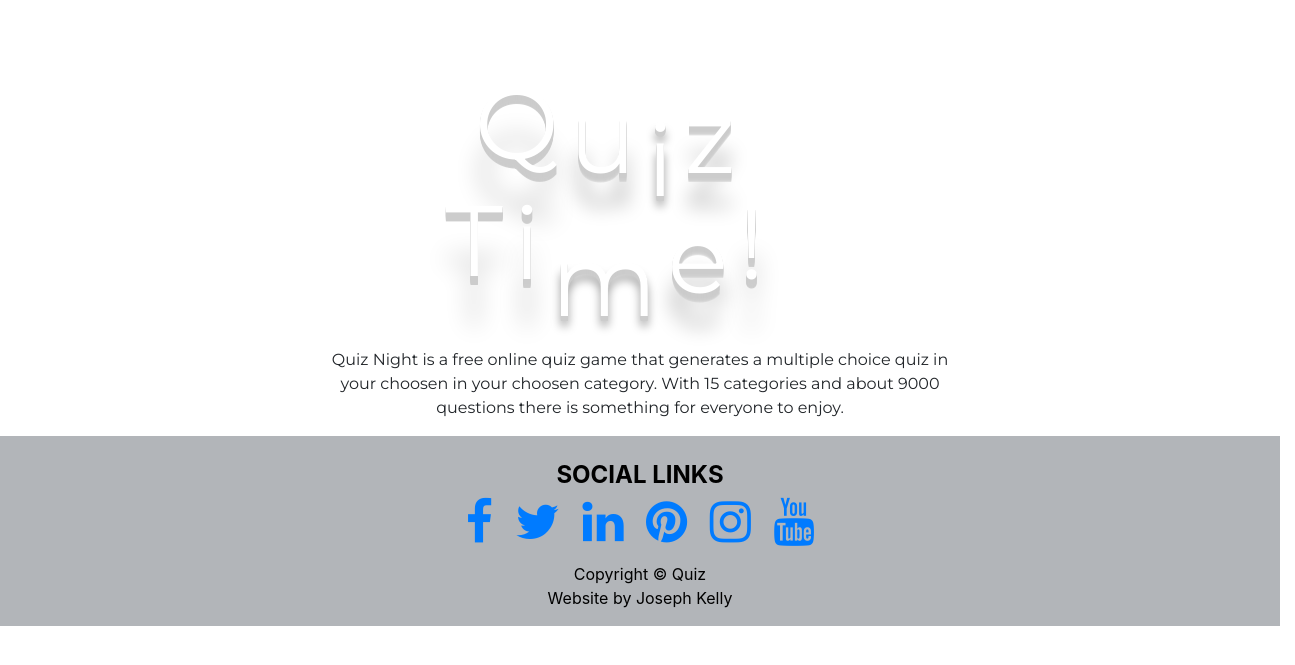
Repository: Code-Institute-Submissions/quiz-1
Page: index.html
The author's editor kept a record of every edit. The page is drawn from the files as they stood at one moment, then again after the next edit.
The browser window is 1280 px wide. The page is 1295 px wide, then 1280 px, so the pictures cover 1295 px, including what lies to the right of the window. The pictures show the whole page.

Above is the page before.

### index.html
<!DOCTYPE html>
<html lang="en">

<head>
    <meta charset="UTF-8">
    <meta name="viewport" content="width=device-width, initial-scale=1.0">
    <meta http-equiv="X-UA-Compatible" content="ie=edge">
    <link rel="stylesheet" href="https://stackpath.bootstrapcdn.com/bootstrap/4.4.1/css/bootstrap.min.css" type="text/css" />
    <link rel="stylesheet" href="https://stackpath.bootstrapcdn.com/font-awesome/4.7.0/css/font-awesome.min.css" type="text/css" />
    <link href="https://fonts.googleapis.com/css2?family=Montserrat&display=swap" rel="stylesheet">
    <link rel="stylesheet" href="assets/css/style.css" type="text/css" />
    <title>Quiz</title>
</head>

<body>

        <div class="container-fluid"></div>
            <div class="row">
                <div class="col-xs-12 quiz-time">
                    <h1>
                        <span>Q</span>
                        <span>u</span>
                        <span>i</span>
                        <span>z</span>
                        <br>
                        <span>T</span>
                        <span>i</span>
                        <span>m</span>
                        <span>e</span>
                        <span>!</span>
                    </h1>
                </div>
            </div>
        </div>
        <div class="container-fluid">
            <div class="row">
                <div class="col-xs-12 info">
                    <p>Quiz Night is a free online quiz game that generates a multiple choice quiz in your choosen in your choosen category. With 15 categories and about 9000 questions there is something for everyone to enjoy. </p>
                </div>
            </div>
        </div>
    <footer class="container-fluid">
        <div id="footer-details" class="row">
            <div class="col-sm">
                <h4 class="uppercase footer-info">Social Links</h4>
                <ul class="list-inline social-links">
                    <li class="list-inline-item">
                        <a target="_blank" href="#">
                            <i class="fa fa-facebook fa-3x" aria-hidden="true"></i>
                            <span class="sr-only">Facebook</span>
                        </a>
                    </li>
                    <li class="list-inline-item">
                        <a target="_blank" href="#">
                            <i class="fa fa-twitter fa-3x" aria-hidden="true"></i>
                            <span class="sr-only">Twitter</span>
                        </a>
                    </li>
                    <li class="list-inline-item">
                        <a target="_blank" href="#">
                            <i class="fa fa-linkedin fa-3x" aria-hidden="true"></i>
                            <span class="sr-only">LinkedIn</span>
                        </a>
                    </li>
                    <li class="list-inline-item">
                        <a target="_blank" href="#">
                            <i class="fa fa-pinterest fa-3x" aria-hidden="true"></i>
                            <span class="sr-only">pinterest</span>
                        </a>
                    </li>
                    <li class="list-inline-item">
                        <a target="_blank" href="#">
                            <i class="fa fa-instagram fa-3x" aria-hidden="true"></i>
                            <span class="sr-only">Instagram</span>
                        </a>
                    </li>
                    <li class="list-inline-item">
                        <a target="_blank" href="#">
                            <i class="fa fa-youtube fa-3x" aria-hidden="true"></i>
                            <span class="sr-only">Youtube</span>
                        </a>
                    </li>
                </ul>
                <div class="copyright">
                    <p>Copyright &#169; Quiz<br>Website by Joseph Kelly</p>
                </div>
            </div>
        </div>
    </footer>
</body>

### assets/css/style.css
/*--------------------------- home --------------- */
.home{
    background-color: #4582F4;
    height: auto;
}

.info {
  font-family: 'Montserrat', sans-serif;
  text-align: center;
  padding-top: 40px;
  width: 50%;
  margin: auto;
}

.load {
  display: flex;
  justify-content: center;
  align-items: center;
  padding-top: 40px;
  padding-bottom: 40px;
}

.load-button {
  background-color: #1D2129;
}

/*--------------------------- animation --------------- */

.quiz-time {
  text-align: center;
  padding-top: 100px;
  width: 100vw;
  font-family: 'Montserrat', sans-serif;
  display: flex;
  justify-content: center;
  align-items: center;
  margin: -20px;
}

h1 span {
  position: relative;
  top: 20px;
  display: inline-block;
  -webkit-animation: bounce 0.3s ease infinite alternate;
  font-size: 100px;
  color: #fff;
  text-shadow: 0 1px 0 #ccc, 0 2px 0 #ccc, 0 3px 0 #ccc, 0 4px 0 #ccc,
    0 5px 0 #ccc, 0 6px 0 transparent, 0 7px 0 transparent, 0 8px 0 transparent,
    0 9px 0 transparent, 0 10px 10px rgba(0, 0, 0, 0.4);
}

h1 span:nth-child(2) {
  -webkit-animation-delay: 0.1s;
}

h1 span:nth-child(3) {
  -webkit-animation-delay: 0.2s;
}

h1 span:nth-child(4) {
  -webkit-animation-delay: 0.3s;
}

h1 span:nth-child(5) {
  -webkit-animation-delay: 0.4s;
}

h1 span:nth-child(6) {
  -webkit-animation-delay: 0.5s;
}

h1 span:nth-child(7) {
  -webkit-animation-delay: 0.6s;
}

h1 span:nth-child(8) {
  -webkit-animation-delay: 0.2s;
}

h1 span:nth-child(9) {
  -webkit-animation-delay: 0.3s;
}

h1 span:nth-child(10) {
  -webkit-animation-delay: 0.4s;
}

h1 span:nth-child(11) {
  -webkit-animation-delay: 0.5s;
}

h1 span:nth-child(12) {
  -webkit-animation-delay: 0.6s;
}

h1 span:nth-child(13) {
  -webkit-animation-delay: 0.7s;
}

h1 span:nth-child(14) {
  -webkit-animation-delay: 0.8s;
}

/* ANIMATION */
@-webkit-keyframes bounce {
  100% {
    top: -20px;
    text-shadow: 0 1px 0 #ccc, 0 2px 0 #ccc, 0 3px 0 #ccc, 0 4px 0 #ccc,
      0 5px 0 #ccc, 0 6px 0 #ccc, 0 7px 0 #ccc, 0 8px 0 #ccc, 0 9px 0 #ccc,
      0 50px 25px rgba(0, 0, 0, 0.2);
  }
}

/*--------------------------- footer --------------- */

footer {
    color: #fafafa;
    padding-top: 25px;
    background-color: #B2B5B9;
    display: inline-block;
}

.footer-info {
    font-weight: bold;
    text-align: center;
    color: #000000;
}

.list-inline-item {
    margin-left: 10px;
    margin-right: 10px;
}

.uppercase {
    text-transform: uppercase;
}

.social-links {
    text-align: center;
    color: #000000;
}

.copyright {
    text-align: center;
    color: #000000;
}

/*--------------------------- Quiz Loading --------------- */

.select-amount {
  width: 300px;
  margin-top: 20px;
  margin-bottom: 20px;

}

After the next edit:
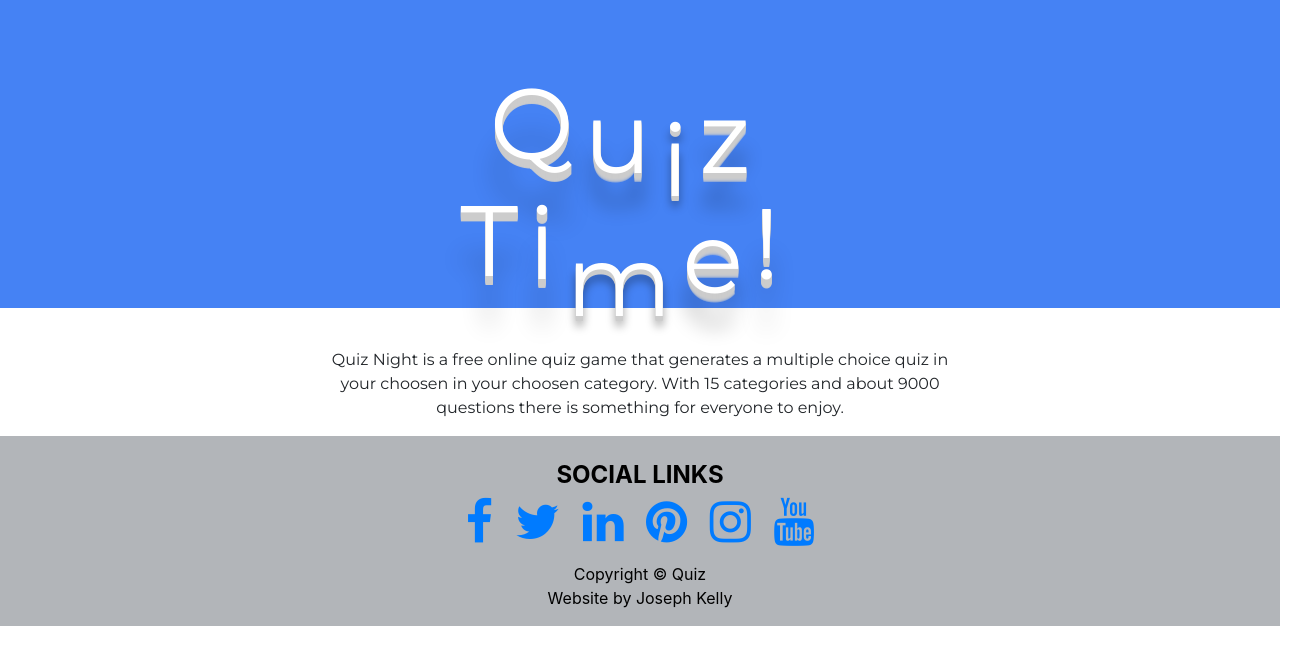
The edit:
--- a/index.html
+++ b/index.html
@@ -13,32 +13,31 @@
 </head>
 
 <body>
-
-        <div class="container-fluid"></div>
-            <div class="row">
-                <div class="col-xs-12 quiz-time">
-                    <h1>
-                        <span>Q</span>
-                        <span>u</span>
-                        <span>i</span>
-                        <span>z</span>
-                        <br>
-                        <span>T</span>
-                        <span>i</span>
-                        <span>m</span>
-                        <span>e</span>
-                        <span>!</span>
-                    </h1>
-                </div>
+    <div class="container-fluid home">
+        <div class="row">
+            <div class="col-xs-12 quiz-time">
+                <h1>
+                    <span>Q</span>
+                    <span>u</span>
+                    <span>i</span>
+                    <span>z</span>
+                    <br>
+                    <span>T</span>
+                    <span>i</span>
+                    <span>m</span>
+                    <span>e</span>
+                    <span>!</span>
+                </h1>
             </div>
         </div>
-        <div class="container-fluid">
-            <div class="row">
-                <div class="col-xs-12 info">
-                    <p>Quiz Night is a free online quiz game that generates a multiple choice quiz in your choosen in your choosen category. With 15 categories and about 9000 questions there is something for everyone to enjoy. </p>
-                </div>
+    </div>
+    <div class="container-fluid">
+        <div class="row">
+            <div class="col-xs-12 info">
+                <p>Quiz Night is a free online quiz game that generates a multiple choice quiz in your choosen in your choosen category. With 15 categories and about 9000 questions there is something for everyone to enjoy. </p>
             </div>
         </div>
+    </div>
     <footer class="container-fluid">
         <div id="footer-details" class="row">
             <div class="col-sm">
